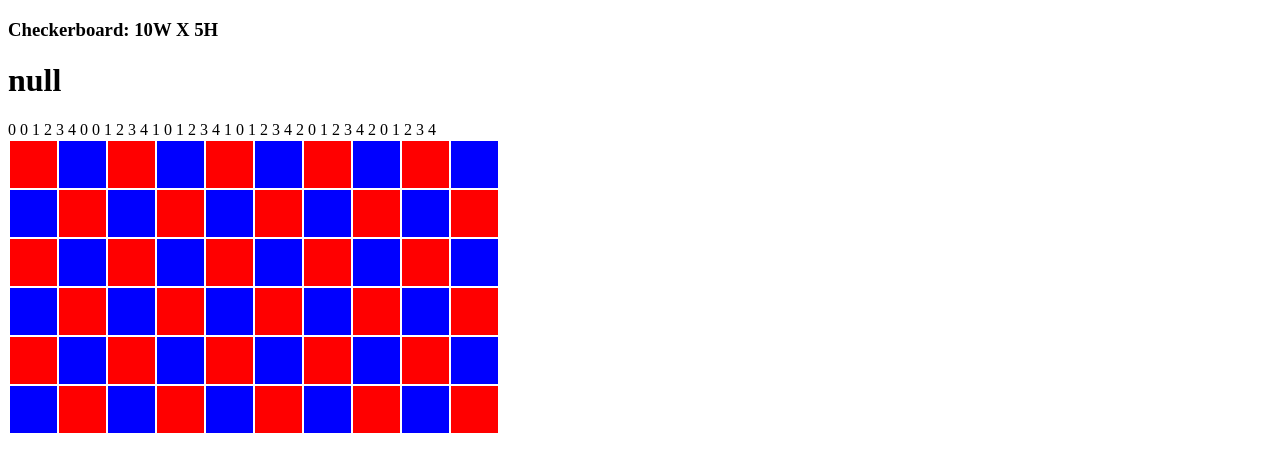
Repository: ben-mandakh/Java-Projects
Page: http://localhost/CheckerBoard/CheckerBoard.jsp
An editor plug-in stored every save of this project. The page is shown before and after the next save, followed by the edit.
The browser window is 1280 px wide. The pictures show the whole page.
The page is served by Tomcat 9.

Above is the page before, as saved 2019-08-09 02:55:42.

After the next save:
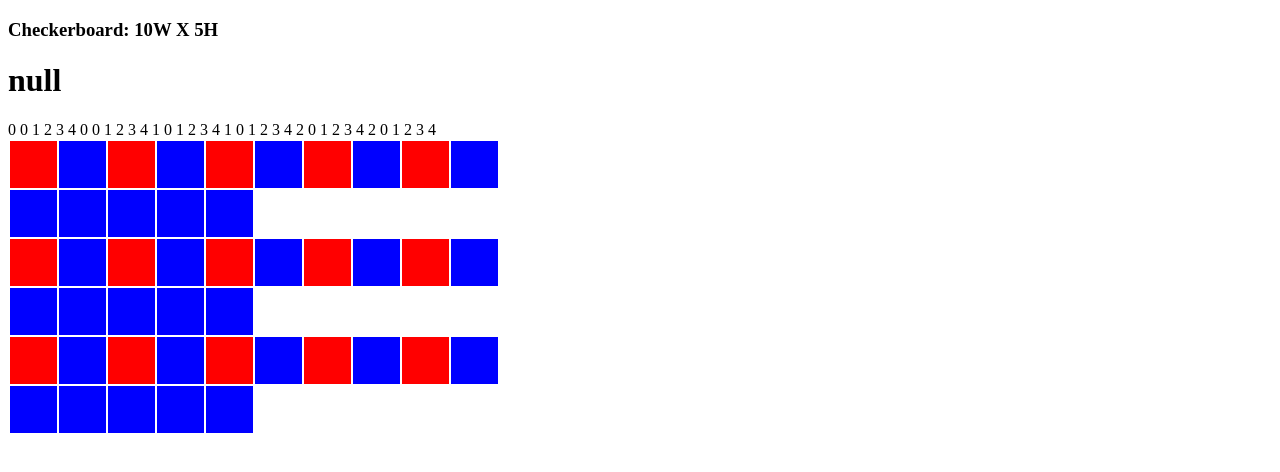
Saved 2 min 38 s later.
--- a/CheckerBoard/WebContent/CheckerBoard.jsp
+++ b/CheckerBoard/WebContent/CheckerBoard.jsp
@@ -33,8 +33,7 @@
 		<tr>
 			<% for(int j = 0; j<b; j++){ %>
 		 	<%= j %>
-			<th style="width:45px; height:45px; background-color: blue"> </th>
-			<th style="width:45px; height:45px; background-color: red"> </th>
+			<td style="width:45px; height:45px; background-color: blue"> </td>
 		 	<% } %>
 		</tr>
 		<% } %>

After the save that followed:
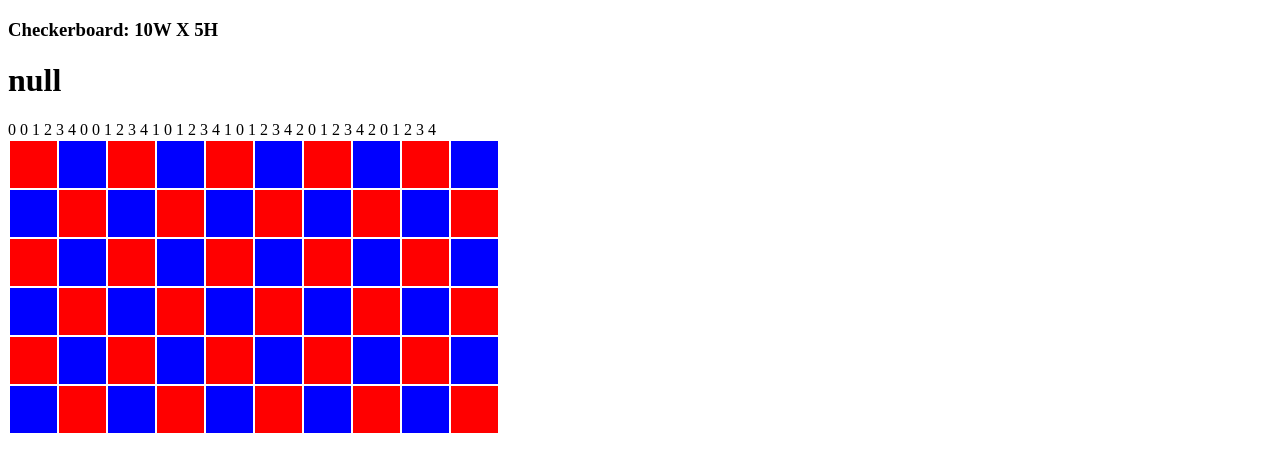
Saved 30 s later.
--- a/CheckerBoard/WebContent/CheckerBoard.jsp
+++ b/CheckerBoard/WebContent/CheckerBoard.jsp
@@ -34,6 +34,7 @@
 			<% for(int j = 0; j<b; j++){ %>
 		 	<%= j %>
 			<td style="width:45px; height:45px; background-color: blue"> </td>
+			<td style="width:45px; height:45px; background-color: red"> </td>
 		 	<% } %>
 		</tr>
 		<% } %>
